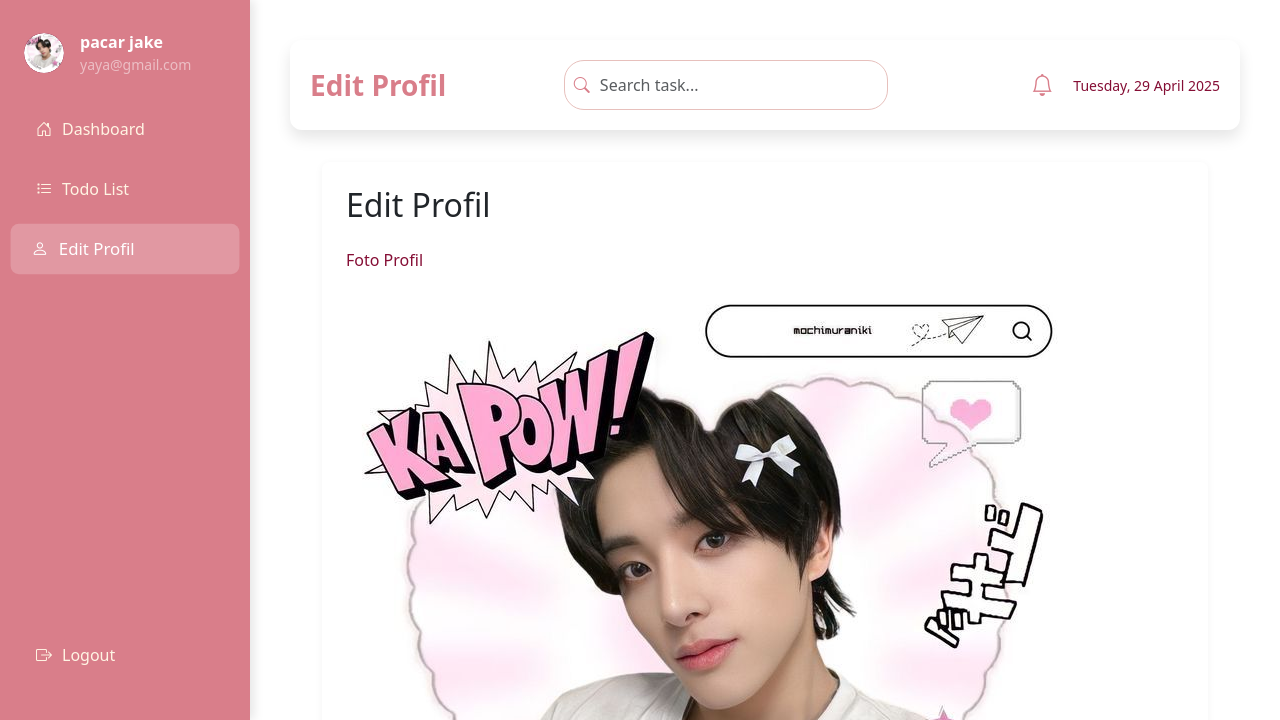
Repository: zhr-nabila/FloTime
Page: http://localhost/profile.php
The author's editor kept a copy of each file at every save. The page is drawn from the files as they stood at one save, then again after a run of saves.
The browser window is 1280 px wide. The pictures show the whole page.
An inner scrolling area shows only its first screen. The page is run by PHP 8.4 with error messages shown; the project is at /var/www/html/. The session is filled in as if someone had signed in: {"email": "yaya@gmail.com", "status": "login", "user_id": 2}. The database holds what the project's SQL file puts in it.

Above is the page before, as saved 2025-04-30 20:30:16.

After the next 2 saves:
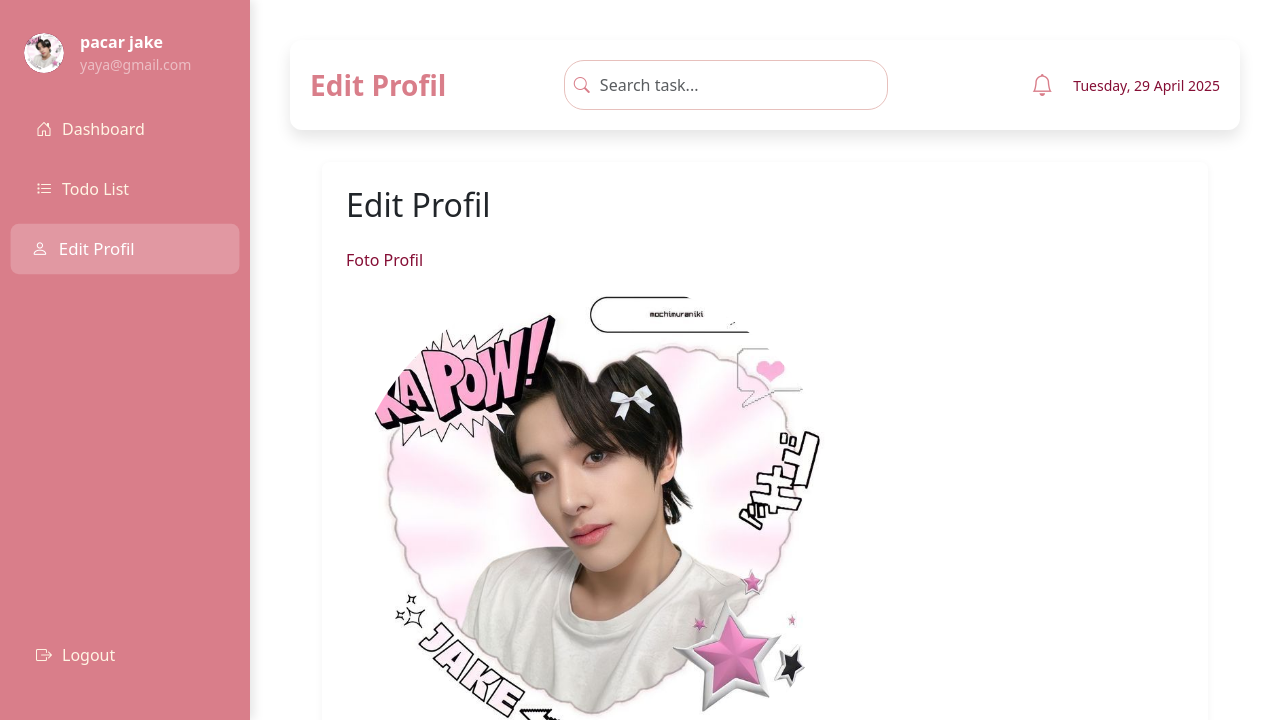
The 2 saves are shown as one change because they came seconds apart.
The last was saved 8 s later.
--- a/css/profile.css
+++ b/css/profile.css
@@ -38,5 +38,9 @@ body {
 }
 
 .photo-user {
-
+    width: 100%;
+    height: 100%;
+    object-fit: cover;
+    border-radius: 50%;
+    display: block;
 }
